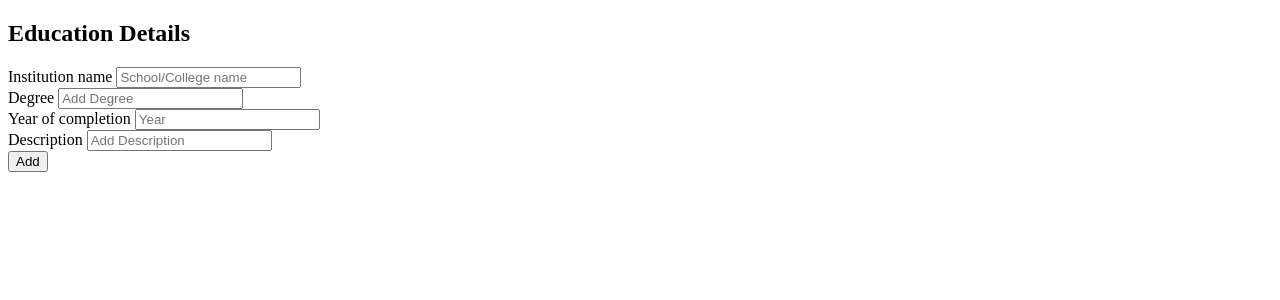
Repository: Tanmay-Kayande/Myportfolio
Page: http://localhost/myproject/education.jsp
An editor plug-in stored every save of this project. The page is shown before and after the next save, followed by the edit.
The browser window is 1280 px wide. The pictures show the whole page.
The page is served by Tomcat 9. The session is filled in as if someone had signed in: {"login": "exist"}.

Above is the page before, as saved 2024-02-15 04:32:20.

After the next save:
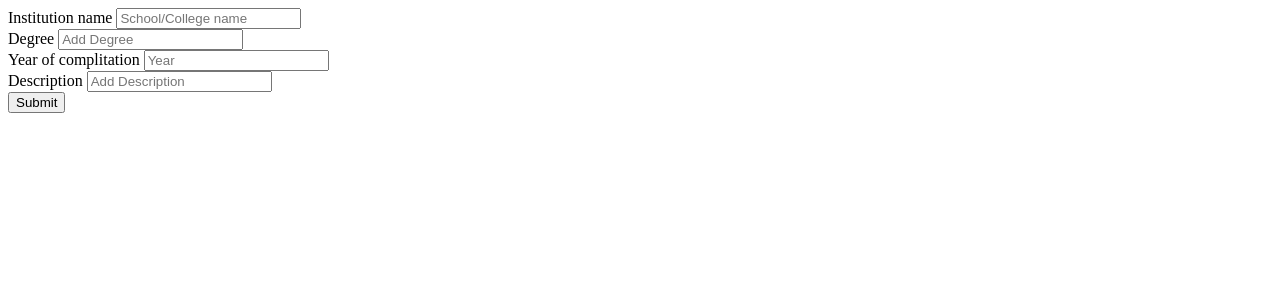
Saved 24 s later.
--- a/myproject/src/main/webapp/education.jsp
+++ b/myproject/src/main/webapp/education.jsp
@@ -2,70 +2,59 @@
 <%@page import="com.dao.EducationDao"%>
 <%@page import="com.pojo.EducationPojo"%>
 <%
-    String value = (String) session.getAttribute("login");
-    if (value == null) {
-        response.sendRedirect("login.jsp");
-        return;
-    }
+String value = (String) session.getAttribute("login");
+if (value == null) {
+	response.sendRedirect("login.jsp");
+	return;
+}
 %>
 <!DOCTYPE html>
 <html>
 <head>
-    <meta charset="UTF-8">
-    <title>Education Details</title>
+<meta charset="UTF-8">
+<title>Insert title here</title>
 </head>
 <body>
-    <div id="message-container">
-        <%@include file="message.jsp" %>
-    </div>
-    <h2>Education Details</h2>
+<div id="message-container">
+    <%@include file="message.jsp" %>
+</div>
+<form action="Education" method="post">
+    Institution name
+    <input type="text" name="institution" placeholder="School/College name"><br>
+    Degree
+    <input type="text" name="degree" placeholder="Add Degree"><br>
+    Year of complitation
+    <input type="text" name="year" placeholder="Year"><br>
+    Description
+    <input type="text" name="desc" placeholder="Add Description"><br>
+    <button>Submit</button>
+</form>
+
+<%
+ArrayList<Object> al = new EducationDao().read();
+int i = 1;
+for(int in = al.size()-1; in>=0; in--){
+    EducationPojo e = (EducationPojo)al.get(in);
+%>
+
     <form action="Education" method="post">
-        <%-- Display input fields for adding new education details --%>
-        Institution name
-        <input type="text" name="institution" placeholder="School/College name"><br>
-        Degree
-        <input type="text" name="degree" placeholder="Add Degree"><br>
-        Year of completion
-        <input type="text" name="year" placeholder="Year"><br>
-        Description
-        <input type="text" name="desc" placeholder="Add Description"><br>
-        <button type="submit" name="action" value="add">Add</button>
+        <input type="hidden" name="check" value="update">
+        <input type="hidden" name="sn" value="<%=e.getSn()%>">
+        <%= i++ +"."%><%=e.getInstitution() %><br>
+        <%=e.getDegree() %><br>
+        <%=e.getYear() %><br>
+        <%=e.getDesc() %><br>
+        <button>Update</button>
     </form>
 
-    <%-- Retrieve education details from the database --%>
-    <% ArrayList<Object> al = new EducationDao().read();
-       int i = 1;
-       for (int in = al.size() - 1; in >= 0; in--) {
-            EducationPojo e = (EducationPojo) al.get(in);
-    %>
-    <div class="education-entry">
-        <%-- Form for updating and deleting education details --%>
-        <form action="Education" method="post">
-            <%-- Hidden fields to identify the record --%>
-            <input type="hidden" name="check" value="update">
-            <input type="hidden" name="sn" value="<%= e.getSn() %>">
-            <%-- Display input fields for editing when update button is clicked --%>
-            <%-- Otherwise, display the education details --%>
-            <% if (request.getParameter("check") != null && request.getParameter("check").equals("update") && request.getParameter("sn") != null && request.getParameter("sn").equals(String.valueOf(e.getSn()))) { %>
-                Institution name
-                <input type="text" name="edit_institution" value="<%= e.getInstitution() %>"><br>
-                Degree
-                <input type="text" name="edit_degree" value="<%= e.getDegree() %>"><br>
-                Year of completion
-                <input type="text" name="edit_year" value="<%= e.getYear() %>"><br>
-                Description
-                <input type="text" name="edit_desc" value="<%= e.getDesc() %>"><br>
-                <button type="submit">Save</button>
-            <% } else { %>
-                <%= i++ + ". " + e.getInstitution() %><br>
-                <%= e.getDegree() %><br>
-                <%= e.getYear() %><br>
-                <%= e.getDesc() %><br>
-                <button type="submit" name="action" value="update">Update</button>
-                <button type="submit" name="action" value="delete">Delete</button>
-            <% } %>
-        </form>
-    </div>
-    <% } %>
+    <form action="Education" method="post">
+        <input type="hidden" name="check" value="delete">
+        <input type="hidden" name="sn" value="<%=e.getSn()%>">
+        <button>Delete</button>
+    </form>
+
+<%
+}
+%>
 </body>
 </html>

After the save that followed:
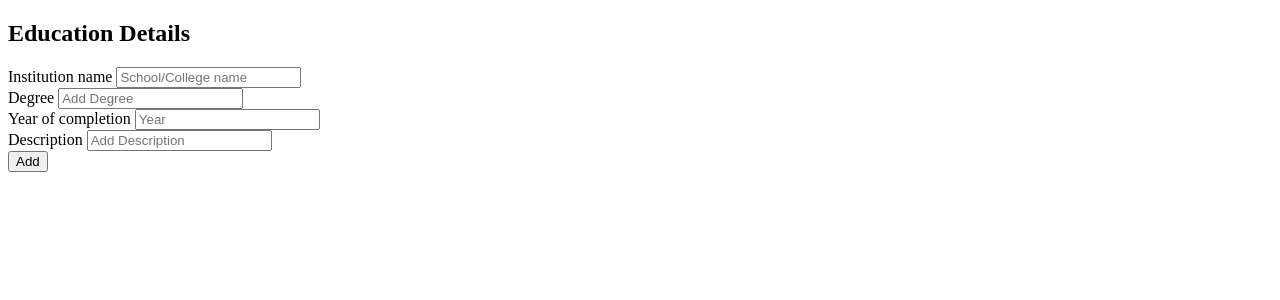
Saved 5 min 25 s later.
--- a/myproject/src/main/webapp/education.jsp
+++ b/myproject/src/main/webapp/education.jsp
@@ -2,59 +2,70 @@
 <%@page import="com.dao.EducationDao"%>
 <%@page import="com.pojo.EducationPojo"%>
 <%
-String value = (String) session.getAttribute("login");
-if (value == null) {
-	response.sendRedirect("login.jsp");
-	return;
-}
+    String value = (String) session.getAttribute("login");
+    if (value == null) {
+        response.sendRedirect("login.jsp");
+        return;
+    }
 %>
 <!DOCTYPE html>
 <html>
 <head>
-<meta charset="UTF-8">
-<title>Insert title here</title>
+    <meta charset="UTF-8">
+    <title>Education Details</title>
 </head>
 <body>
-<div id="message-container">
-    <%@include file="message.jsp" %>
-</div>
-<form action="Education" method="post">
-    Institution name
-    <input type="text" name="institution" placeholder="School/College name"><br>
-    Degree
-    <input type="text" name="degree" placeholder="Add Degree"><br>
-    Year of complitation
-    <input type="text" name="year" placeholder="Year"><br>
-    Description
-    <input type="text" name="desc" placeholder="Add Description"><br>
-    <button>Submit</button>
-</form>
-
-<%
-ArrayList<Object> al = new EducationDao().read();
-int i = 1;
-for(int in = al.size()-1; in>=0; in--){
-    EducationPojo e = (EducationPojo)al.get(in);
-%>
-
+    <div id="message-container">
+        <%@include file="message.jsp" %>
+    </div>
+    <h2>Education Details</h2>
     <form action="Education" method="post">
-        <input type="hidden" name="check" value="update">
-        <input type="hidden" name="sn" value="<%=e.getSn()%>">
-        <%= i++ +"."%><%=e.getInstitution() %><br>
-        <%=e.getDegree() %><br>
-        <%=e.getYear() %><br>
-        <%=e.getDesc() %><br>
-        <button>Update</button>
+        <%-- Display input fields for adding new education details --%>
+        Institution name
+        <input type="text" name="institution" placeholder="School/College name"><br>
+        Degree
+        <input type="text" name="degree" placeholder="Add Degree"><br>
+        Year of completion
+        <input type="text" name="year" placeholder="Year"><br>
+        Description
+        <input type="text" name="desc" placeholder="Add Description"><br>
+        <button type="submit" name="action" value="add">Add</button>
     </form>
 
-    <form action="Education" method="post">
-        <input type="hidden" name="check" value="delete">
-        <input type="hidden" name="sn" value="<%=e.getSn()%>">
-        <button>Delete</button>
-    </form>
-
-<%
-}
-%>
+    <%-- Retrieve education details from the database --%>
+    <% ArrayList<Object> al = new EducationDao().read();
+       int i = 1;
+       for (int in = al.size() - 1; in >= 0; in--) {
+            EducationPojo e = (EducationPojo) al.get(in);
+    %>
+    <div class="education-entry">
+        <%-- Form for updating and deleting education details --%>
+        <form action="Education" method="post">
+            <%-- Hidden fields to identify the record --%>
+            <input type="hidden" name="sn" value="<%= e.getSn() %>">
+            <%-- Display input fields for editing when update button is clicked --%>
+            <%-- Otherwise, display the education details --%>
+            <input type="hidden" name="check" value="update">
+            <% if (request.getParameter("check") != null && request.getParameter("check").equals("update") && request.getParameter("sn") != null && request.getParameter("sn").equals(String.valueOf(e.getSn()))) { %>
+                Institution name
+                <input type="text" name="edit_institution" value="<%= e.getInstitution() %>"><br>
+                Degree
+                <input type="text" name="edit_degree" value="<%= e.getDegree() %>"><br>
+                Year of completion
+                <input type="text" name="edit_year" value="<%= e.getYear() %>"><br>
+                Description
+                <input type="text" name="edit_desc" value="<%= e.getDesc() %>"><br>
+                <button type="submit" name="action" value="save">Save</button>
+            <% } else { %>
+                <%= i++ + ". " + e.getInstitution() %><br>
+                <%= e.getDegree() %><br>
+                <%= e.getYear() %><br>
+                <%= e.getDesc() %><br>
+                <button type="submit" name="action" value="update">Update</button>
+                <button type="submit" name="action" value="delete">Delete</button>
+            <% } %>
+        </form>
+    </div>
+    <% } %>
 </body>
 </html>
